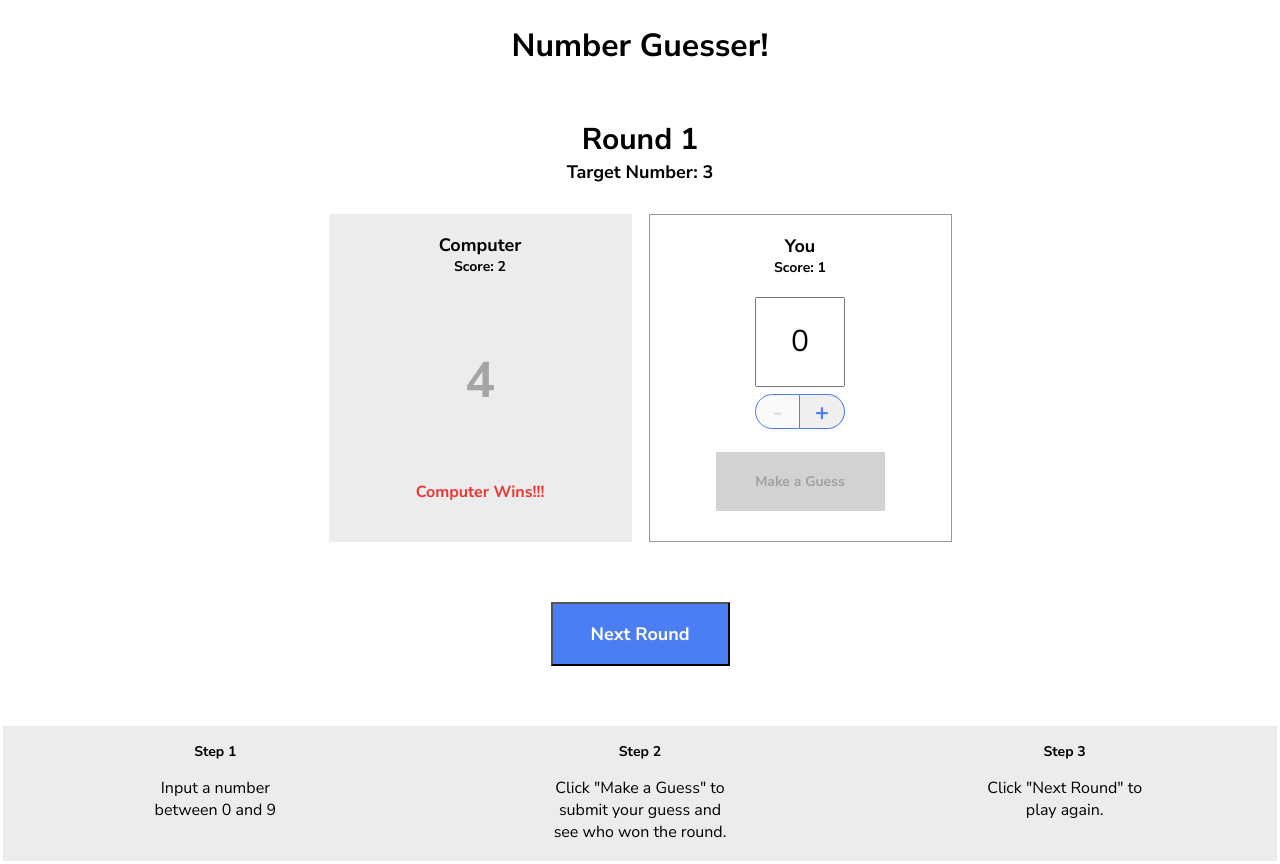
Repository: sadizatu/numberGuesser
Page: index.html
An editor plug-in stored every save of this project. The page is shown before and after the next save, followed by the edit.
The browser window is 1280 px wide. The pictures show the whole page.
After loading, the first visible `#guess` was clicked once.

Above is the page before, as saved 2022-02-24 18:43:41.

### index.html
<!doctype html>

<html>
  <head>
    <title>Number Guesser</title>
    <link href="https://fonts.googleapis.com/css?family=Nunito+Sans:400,700" rel="stylesheet">
    <link rel="stylesheet" href="./style.css">
  </head>
  <body>
    <div class="game-container">
      <header>
        <h1>Number Guesser!</h1>
      </header>

      <div class="rounds">
        <p class="round-label">Round <span id="round-number">1</span></p>
        <p class="guess-label">Target Number: <span id="target-number">?</span></p>
      </div>

      <div class="guessing-area">
        <div class="guess computer-guess">
          <div class="guess-title">
            <p class="guess-label">Computer</p>
            <p class="score-label">Score: <span id="computer-score">0</span></p>
          </div>
          <p id="computer-guess">?</p>
          <p class="winning-text" id="computer-wins"></p>
        </div>
        <div class="guess human-guess">
          <div class="guess-title">
            <p class="guess-label">You</p>
            <p class="score-label">Score: <span id="human-score">0</span></p>
          </div>
          <input type="number" id="human-guess" min=0 max=9 value=0>
          <div class="number-controls">
            <button class="number-control left" id="subtract" disabled>-</button>
            <button class="number-control right" id="add">+</button>
          </div>
          <button class="button" id="guess">Make a Guess</button>
        </div>
      </div>

      <div class="next-round-container">
        <button class="button" id="next-round" disabled>Next Round</button>
      </div>

    </div>

    <div class="instructions">
      <div class="instruction">
        <h3>Step 1</h3>
        <p>Input a number between 0 and 9</p>
      </div>
      <div class="instruction">
        <h3>Step 2</h3>
        <p>Click "Make a Guess" to submit your guess and see who won the round.</p>
      </div>
      <div class="instruction">
        <h3>Step 3</h3>
        <p>Click "Next Round" to play again.</p>
      </div>
    </div>

    <script src="./script.js"></script>
    <script src="./game.js"></script>
  </body>
</html>

### style.css
* {
  font-family: 'Nunito Sans';
  box-sizing: border-box;
}

body {
  margin: 0 auto;
  padding: 3px;
  background-color: #fff;
}

.game-container {
  max-width: 640px;
  margin: 0 auto;
  text-align: center;
}

header {
  display: flex;
  justify-content: center
}

.rounds {
  display: flex;
  flex-direction: column;
  align-items: center;
  margin-bottom: 30px;
}

.round-label {
  font-size: 30px;
  font-weight: 700;
  margin-bottom: 0px;
}

.guess {
  min-width: 303px;
  height: 328px;
  display: flex;
  flex-direction: column;
  align-items: center;
  padding: 19px;
}

.guessing-area {
  display: flex;
  justify-content: space-around;
  align-items: flex-start;
  margin-bottom: 60px;
}

.guess-title {
  display: flex;
  flex-direction: column;
  align-items: center;
  justify-content: flex-start;
  margin-bottom: 20px;
}

.guess-label {
  font-size: 18px;
  font-weight: 700;
  margin: 0;
}

.score-label {
  font-size: 14px;
  font-weight: 700;
  margin: 0;
}

.target-guess {
  display: flex;
  flex-direction: column;
  align-items: center;
  justify-content: flex-start;
}

.computer-guess {
  background-color: #ececec;
}

#computer-guess {
  font-size: 50px;
  font-weight: 700;
  color: #a5a5a5;
}

.human-guess {
  border: 1px solid #979797;
}

.guess input {
  height: 90px;
  width: 90px;
  font-size: 30px;
  text-align: center;
  margin: 0 auto;
  margin-bottom: 7px;
}

.number-controls {
  font-size: 0;
  margin-bottom: 23px;
}

.number-control {
  border: solid 1px #4c7ef3;
  display: inline-block;
  width: 45px;
  height: 35px;
  font-size: 24px;
  font-weight: 700;
  color: #4c7ef3;
  cursor: pointer;
}

.number-controls button[disabled] {
  color: #dfdfdf;
  cursor: default;
}

.left {
  border-top-left-radius: 22.5px;
  border-bottom-left-radius: 22.5px;
}

.right {
  border-top-right-radius: 22.5px;
  border-bottom-right-radius: 22.5px;
  border-left-width: 0px;
}

.controls {
  display: flex;
  justify-content: space-around;
}

.button {
  background-color: #4c7ef3;
  color: #fff;
  cursor: pointer;
}

#guess {
  padding: 20px;
  width: 169px;
  height: 59px;
  border: none;
  font-weight: 700;
  font-size: 14px;
}

input[type=number]::-webkit-inner-spin-button {
  -webkit-appearance: none;
}

#next-round {
  width: 179px;
  height: 64px;
  font-size: 18px;
  font-weight: bold;
  margin-left: auto;
  margin-right: auto;
  margin-bottom: 60px;
}

.button[disabled] {
  background-color: #d2d2d2;
  color: #a0a0a0;
  cursor: default;
}

.instructions {
  background-color: #ececec;
  width: 100%;
  display: flex;
  justify-content: space-around;
}

.instruction {
  width: 180px;
  padding: 2px;
  text-align: center;
}

.instructions h3 {
  font-size: 14px;
}


.winning-text, .winning-text[disabled] {
  color: #ec3636;
  font-weight: 700;
}

### script.js
let humanScore = 0;
let computerScore = 0;
let currentRoundNumber = 1;

// Write your code below:
function generateTarget() {
    return Math.floor(Math.random() * 10);
};

function compareGuesses(humanNum, compNumber, guessedNumber) {

    let computerGuess = Math.abs(guessedNumber.compNumber);
    let humanGuess = Math.abs(guessedNumber.humanNum);

    if (humanNum > 9 || humanNum < 0) {
        return 'Please enter the number between 0 and 10';
    }
    if (humanGuess <= computerGuess) {
        return true;
    } else {
        return false;
    }
}

function updateScore(winner) {
    if (winner === 'human')
        humanScore++;
    else if (winner === 'computer')
        computerScore++;
}

function advanceRound() {
    currentRoundNumber++;
}

updateScore('human');
console.log(humanScore);
updateScore('computer');
console.log(computerScore);

### game.js
let target;

const humanGuessInput = document.getElementById('human-guess');

const roundNumberDisplay = document.getElementById('round-number');

const computerGuessDisplay = document.getElementById('computer-guess');
const humanScoreDisplay = document.getElementById('human-score');
const computerScoreDisplay = document.getElementById('computer-score');
const targetNumberDisplay = document.getElementById('target-number');
const computerWinsDisplay = document.getElementById('computer-wins');

const guessButton = document.getElementById('guess');
const nextRoundButton = document.getElementById('next-round')

guessButton.addEventListener('click', () => {
  // Generate the target value
  target = generateTarget();
  // Retrieve the player's guess
  const currentHumanGuess = humanGuessInput.value;
  // Make a random 'computer guess'
  const computerGuess = Math.floor(Math.random() * 10);

  // Display the computer guess and the target
  computerGuessDisplay.innerText = computerGuess;
  targetNumberDisplay.innerText = target;

  // Determine if the human or computer wins:
  const humanIsWinner = compareGuesses(currentHumanGuess, computerGuess, target)
  const winner = humanIsWinner ? 'human' : 'computer'

  // Update the correct score:
  updateScore(winner);

  // Display the winner
  if (humanIsWinner) {
    guessButton.innerText = 'You Win!!!!!';
    guessButton.classList.toggle('winning-text')
  } else {
    computerWinsDisplay.innerText = 'Computer Wins!!!';
  }

  // winnerDisplay.innerText = humanIsWinner ? 'You win!' : 'Computer wins!';

  // Display the current scores:
  humanScoreDisplay.innerText = humanScore;
  computerScoreDisplay.innerText = computerScore;

  // Set the correct disabled state for the buttons
  guessButton.setAttribute('disabled', true)
  nextRoundButton.removeAttribute('disabled');
});

nextRoundButton.addEventListener('click', () => {
  // Increase the round number
  advanceRound();
  // Display the new round number
  roundNumberDisplay.innerText = currentRoundNumber;

  // Set the correct disabled state for the buttons
  nextRoundButton.setAttribute('disabled', true);
  guessButton.removeAttribute('disabled');

  // Reset the guess input box and the target number display:
  targetNumberDisplay.innerText = '?';
  guessButton.innerText = 'Make a Guess';
  humanGuessInput.value = '';
  computerGuessDisplay.innerText = '?';
  computerWinsDisplay.innerText = '';
  guessButton.classList.remove('winning-text');
});

const addButton = document.getElementById('add');
const subtractButton = document.getElementById('subtract');

addButton.addEventListener('click', () => {
  humanGuessInput.value = +humanGuessInput.value + 1;
  handleValueChange(humanGuessInput.value);
});

subtractButton.addEventListener('click', () => {
  humanGuessInput.value = +humanGuessInput.value - 1;
  handleValueChange(humanGuessInput.value);
});

const handleValueChange = value => {
  if (value > 0 && value <= 9) {
    subtractButton.removeAttribute('disabled');
    addButton.removeAttribute('disabled');
  } else if (value > 9) {
    addButton.setAttribute('disabled', true);
  } else if (value <= 0) {
    subtractButton.setAttribute('disabled', true);
  }
}

humanGuessInput.addEventListener('input', function(e) {
  handleValueChange(e.target.value);
});

After the next save:
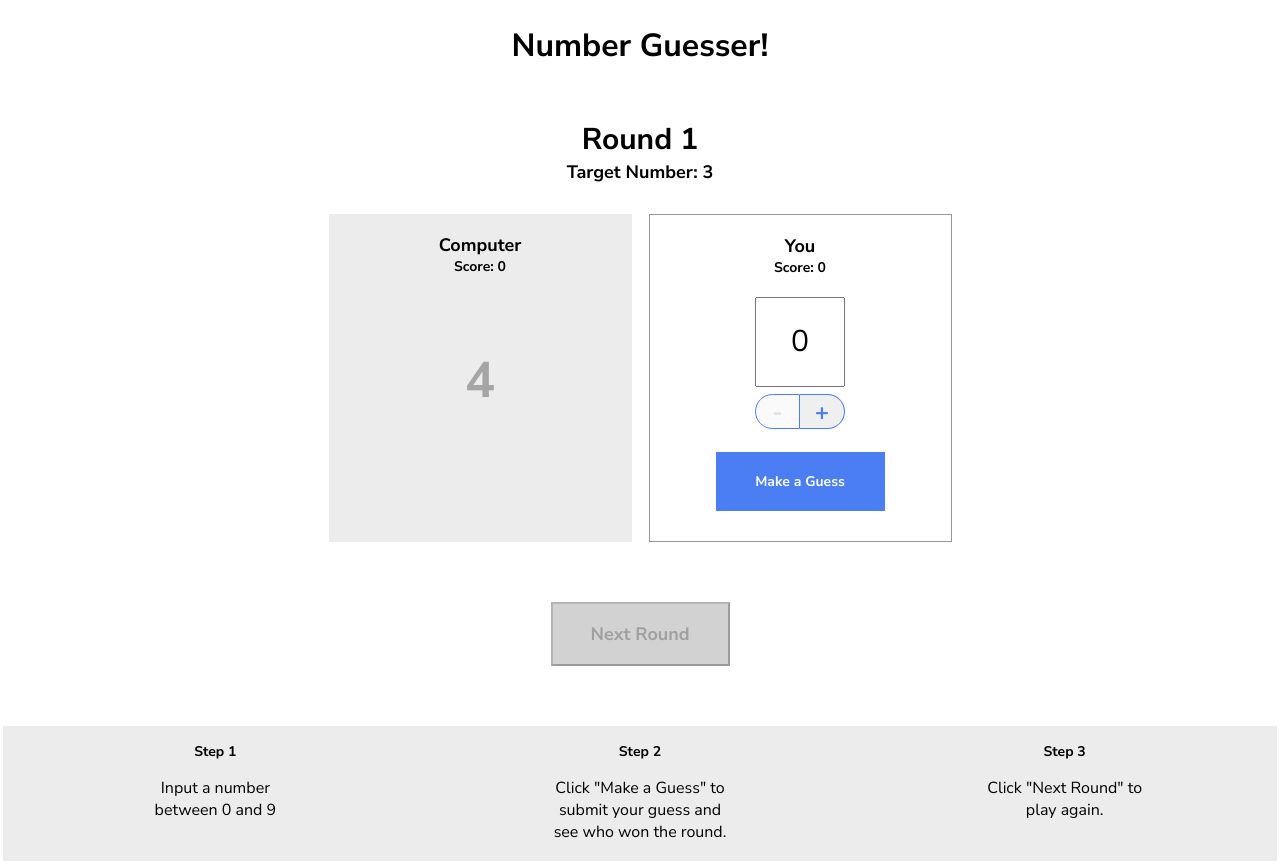
Console error: ReferenceError: secretGuess is not defined
Saved 17 h 56 min later.
--- a/script.js
+++ b/script.js
@@ -3,37 +3,22 @@
 let currentRoundNumber = 1;
 
 // Write your code below:
-function generateTarget() {
+const generateTarget = () => {
     return Math.floor(Math.random() * 10);
 };
 
-function compareGuesses(humanNum, compNumber, guessedNumber) {
+const compareGuesses = (humanGuess, computerGuess, secretTarget) => {
+    const humanDifference = Math.abs(secretGuess - humanGuess);
+    const computerDifference = Math.abs(secretGuess - computerGuess)
+    return humanDifference <= computerDiference;
+};
 
-    let computerGuess = Math.abs(guessedNumber.compNumber);
-    let humanGuess = Math.abs(guessedNumber.humanNum);
+const updateScore = (winner) => {
+    if (winner === 'human') {
+        humanScore++;
+    } else if (winner === 'computerGuess') {
+        computerScore++;
+    }
+};
 
-    if (humanNum > 9 || humanNum < 0) {
-        return 'Please enter the number between 0 and 10';
-    }
-    if (humanGuess <= computerGuess) {
-        return true;
-    } else {
-        return false;
-    }
-}
-
-function updateScore(winner) {
-    if (winner === 'human')
-        humanScore++;
-    else if (winner === 'computer')
-        computerScore++;
-}
-
-function advanceRound() {
-    currentRoundNumber++;
-}
-
-updateScore('human');
-console.log(humanScore);
-updateScore('computer');
-console.log(computerScore);
+const advanceRound = () => currentRoundNumber++;

After the 2 saves that followed:
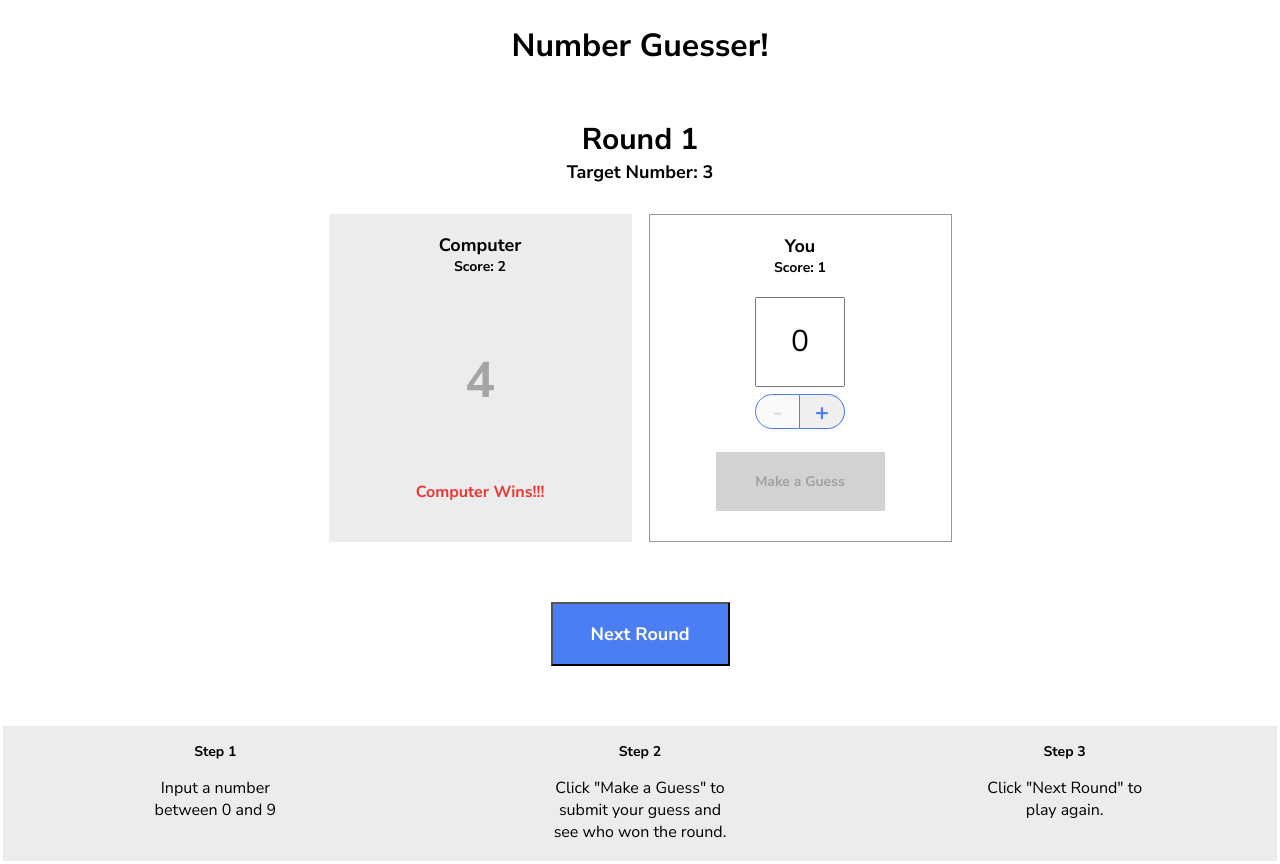
The error is gone.
The 2 saves are shown as one change because 1 left the picture as it was.
The last was saved 12 min 23 s later.
--- a/script.js
+++ b/script.js
@@ -8,17 +8,23 @@
 };
 
 const compareGuesses = (humanGuess, computerGuess, secretTarget) => {
-    const humanDifference = Math.abs(secretGuess - humanGuess);
-    const computerDifference = Math.abs(secretGuess - computerGuess)
-    return humanDifference <= computerDiference;
+    const humanDifference = Math.abs(secretTarget - humanGuess);
+    const computerDifference = Math.abs(secretTarget - computerGuess)
+    return humanDifference <= computerDifference;
 };
 
 const updateScore = (winner) => {
     if (winner === 'human') {
         humanScore++;
-    } else if (winner === 'computerGuess') {
+    } else if (winner === 'computer') {
         computerScore++;
     }
 };
 
 const advanceRound = () => currentRoundNumber++;
+
+
+updateScore('human');
+console.log(humanScore);
+updateScore('computer');
+console.log(computerScore);
